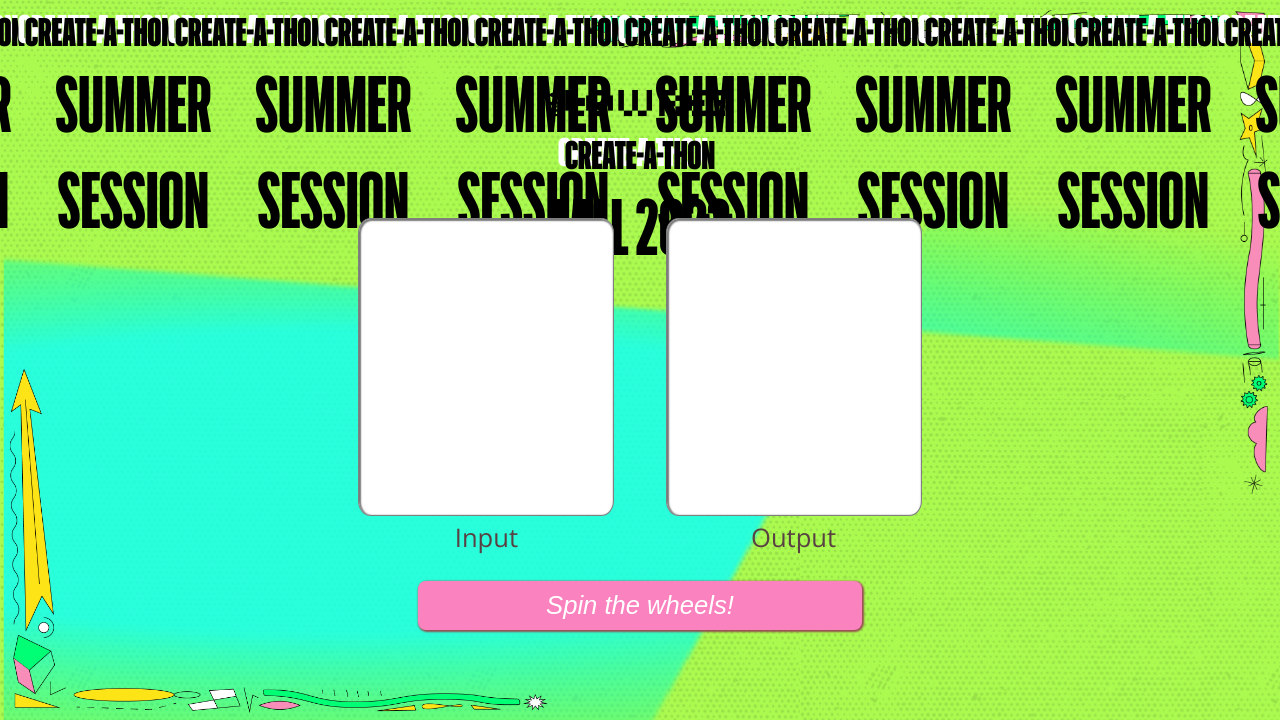
Repository: fakebrianho/IMA-Low-Res-Create-Athon-2022
Page: docs/project-generator/index.html
An editor plug-in stored every save of this project. The page is shown before and after the next save, followed by the edit.
The browser window is 1280 px wide. The pictures show the whole page.

Above is the page before, as saved 2022-10-26 23:39:20.
Not found: docs/project-generator/libraries/p5.dom.js
Not found: docs/project-generator/libraries/p5.js
Not found: docs/project-generator/libraries/p5.sound.js

After the next save:
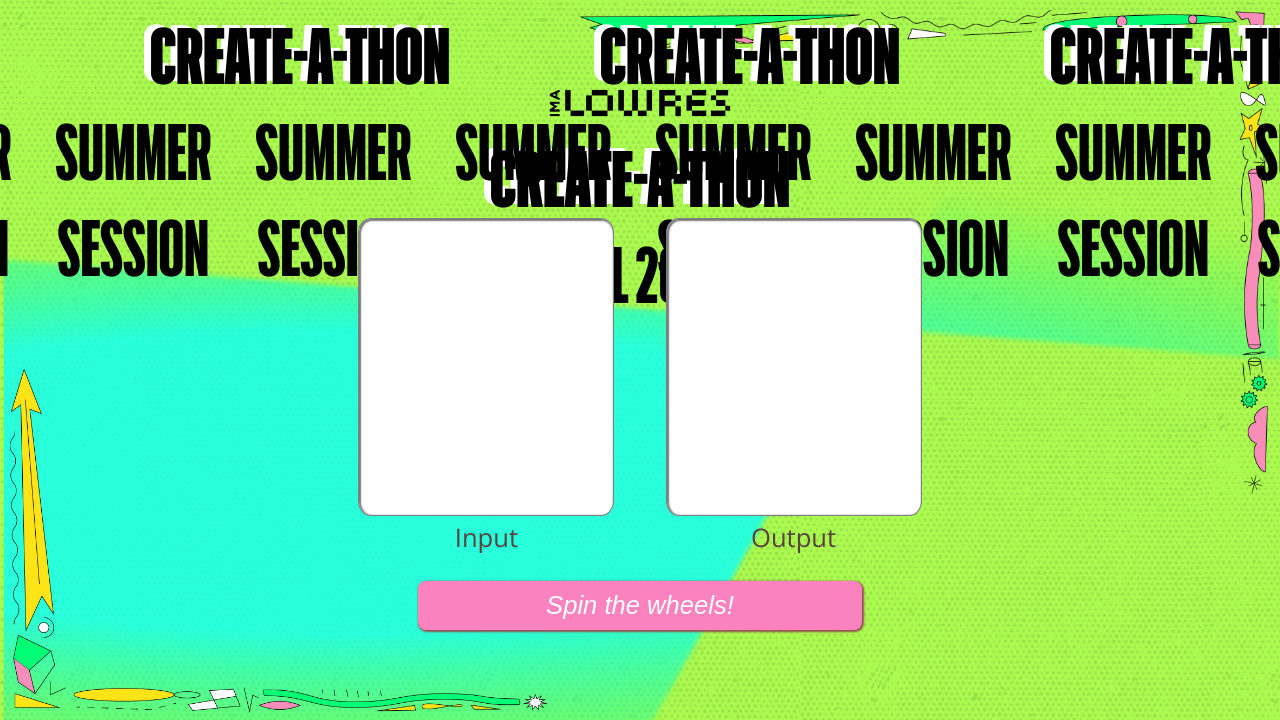
Saved 21 s later.
--- a/docs/project-generator/style.css
+++ b/docs/project-generator/style.css
@@ -33,7 +33,7 @@
 
 h1 {
 	font-family: 'Bild Variable V3 Web';
-	font-size: 40px;
+	font-size: 80px;
 	font-weight: 900;
 	hyphens: true;
 	font-synthesis: none;
@@ -78,7 +78,7 @@
 
 h1 span,
 h2 span {
-	width: 150px;
+	width: 450px;
 	display: inline-block;
 	flex: 0 0 auto;
 	/* opacity: 0; */
